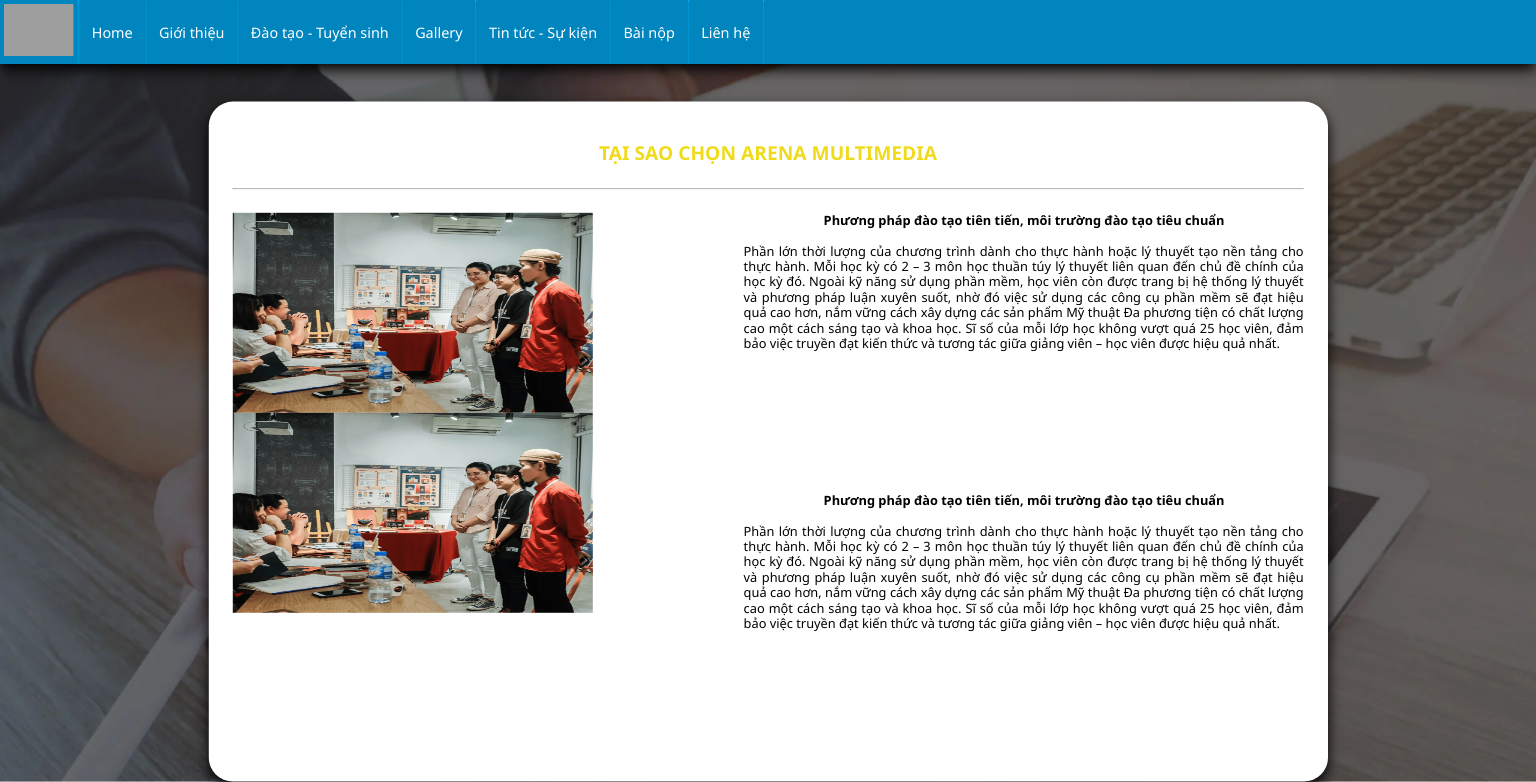
Repository: arena-dttan/dcw-final-exam-d2107m1
Page: final-list/DCW_Final_5_Nguyen-Thi-Thu-Huong_D2107M1/gioi-thieu.html
The author's editor kept a copy of each file at every save. The page is drawn from the files as they stood at one save, then again after the next save.
The browser window is 1280 px wide. The page is 1920 px wide, so the pictures cover 1920 px, including what lies to the right of the window. The pictures show the whole page, at 80% of full size.
Pictures or frames that could not be fetched are drawn as grey boxes.

Above is the page before, as saved 2022-06-26 15:33:43.

### final-list/DCW_Final_5_Nguyen-Thi-Thu-Huong_D2107M1/gioi-thieu.html
<!DOCTYPE html>
<html>
<head>
    <meta charset="UTF-8">
    <link rel="stylesheet" href="index.css">
    <link rel="icon" href="./images/favicon.ico" />

</head>
<head>
    <!-- Các meta (siêu dữ liệu) -->
    <meta http-equiv="Content-Type" content="text/html; charset=utf-8" />

    <!-- Tiêu đề hiển thị trên thanh địa chỉ trình duyệt -->
    <title>Arena Mutimedia</title>

    <!-- icon trên thanh địa chỉ trình duyệt -->
    <link rel="icon" href="./images/favicon.ico" />

    <!-- Sử dụng font google -->
    <link rel="preconnect" href="https://fonts.googleapis.com">
    <link rel="preconnect" href="https://fonts.gstatic.com" crossorigin>
    <link href="https://fonts.googleapis.com/css2?family=Roboto:wght@100&display=swap" rel="stylesheet">

    <!-- external css -->
    <link rel="stylesheet" href="./css/style.css">
    <link rel="stylesheet" href="./css/menu.css">
    <link rel="stylesheet" href="./index.css">
</head>
<body id="container">
    <div id="main-menu">
        <ul class="menu">
            <li ><img style="height: 65px; margin: 5px;;" src="images/logo.webp" alt="logo"> </li>
            <li class="home">
            <a href="./index.html"> Home</a>
            </li>
            <li>
            <a href="./gioi-thieu.html"> Giới thiệu</a>
            </li>
            <li class="dropdown">
            <a class="dropdown-btn"> Đào tạo - Tuyển sinh</a>
            <div class="dropdown-content">
                <a href="./chuong-trinh-dao-tao.html">Đào tạo</a>
                <a href="./tuyen-sinh.html">Tuyển sinh</a>
            </div>
            <li>
                <a href="./gallery.html"> Gallery</a>
            </li>
            <li>
                <a href="./tin-tuc.html"> Tin tức - Sự kiện</a>
            </li>
            <li>
                <a href="./final-exam-list.html">Bài nộp</a>
            </li>

            <li>
                <a href="#">Liên hệ</a>
            </li>
            </li>
        </ul>
        <!-- id main content -->
         <div id="main-content">
            <div id="box-container">
                <div class="content">
                    <h2 style="color:rgb(240, 219, 26);">TẠI SAO CHỌN ARENA MULTIMEDIA</h2>
                    <br>
                    <hr>
                    <br>
                    <div class="img-test">
                        <img src="./images/gioi-thieu-1.png" alt="gioi-thieu-1">
                        <P>
                        <b><span>Phương pháp đào tạo tiên tiến, môi trường đào tạo tiêu chuẩn</span></b>
                        <br>
                        <br>
                        Phần lớn thời lượng của chương trình dành cho thực hành hoặc lý thuyết
                        tạo nền tảng cho thực hành. Mỗi học kỳ có 2 – 3 môn học thuần túy lý thuyết
                        liên quan đến chủ đề chính của học kỳ đó. Ngoài kỹ năng sử dụng phần
                        mềm, học viên còn được trang bị hệ thống lý thuyết và phương pháp luận
                        xuyên suốt, nhờ đó việc sử dụng các công cụ phần mềm sẽ đạt hiệu quả cao
                        hơn, nắm vững cách xây dựng các sản phẩm Mỹ thuật Đa phương tiện có
                        chất lượng cao một cách sáng tạo và khoa học.
                        Sĩ số của mỗi lớp học không vượt quá 25 học viên, đảm bảo việc truyền đạt
                        kiến thức và tương tác giữa giảng viên – học viên được hiệu quả nhất.</P>
                    </div>
                        <img src="./images/gioi-thieu-1.png" alt="gioi-thieu-1">
                        <P>
                        <b><span>Phương pháp đào tạo tiên tiến, môi trường đào tạo tiêu chuẩn</span></b>
                        <br>
                        <br>
                        Phần lớn thời lượng của chương trình dành cho thực hành hoặc lý thuyết
                        tạo nền tảng cho thực hành. Mỗi học kỳ có 2 – 3 môn học thuần túy lý thuyết
                        liên quan đến chủ đề chính của học kỳ đó. Ngoài kỹ năng sử dụng phần
                        mềm, học viên còn được trang bị hệ thống lý thuyết và phương pháp luận
                        xuyên suốt, nhờ đó việc sử dụng các công cụ phần mềm sẽ đạt hiệu quả cao
                        hơn, nắm vững cách xây dựng các sản phẩm Mỹ thuật Đa phương tiện có
                        chất lượng cao một cách sáng tạo và khoa học.
                        Sĩ số của mỗi lớp học không vượt quá 25 học viên, đảm bảo việc truyền đạt
                        kiến thức và tương tác giữa giảng viên – học viên được hiệu quả nhất.</P>
                    </div>
                </div>
            </div>

        </div>
    </div>
</body>
</html>

### final-list/DCW_Final_5_Nguyen-Thi-Thu-Huong_D2107M1/index.css
/* Sử dụng cho định dạng main menu */
body, html {
    height: 100%;
    width: 1920px;
    background-image: url('images/head-bg.webp'); width: 1920px; height: 100%; background-repeat: no-repeat;
    font-family: 'Segoe UI';
}
* {
    margin: 0;
    padding: 0;
    box-sizing: border-box;
}
body {
    position: absolute;
}
#container {
    width: 1920px;
    height: 100%;
    justify-content: center;
    display: inline-block;
    margin: 0;
    padding: 0;
    display: inline-block;
}
#main-menu {
    max-width: 1920px;
    height: 100px;
    margin: 0;
    padding: 0;
}
.menu {
    height: 80px;
    line-height: 80px;
    text-align: center;
    justify-content: center;
    display: inline-block;
}
ul {
    list-style-type: none;
    overflow: hidden;
    background-color: #0085be;
    width: 100%;
    box-shadow: 0 8px 16px 0 rgba(0, 0, 0, 2);
    display: inline-block;
}
.home {
    border-left: 0.01em dotted #00aeef;
}
li {
    float: left;
    border-right: 0.01em dotted #00aeef;
    font-size: 18px;
}

li.dropdown {
    display: inline-block;
    min-width: 100px;
}

li a:hover,
.dropdown:hover {
    background: #00aeef;
}

li a,
.dropdown-btn {
    display: inline-block;
    color: white;
    text-align: center;
    padding: 0 16px;
    text-decoration: none;
}
.dropdown-content {
    display: none;
    position: absolute;
    background: #F8C800;
    background: #0085be;
    min-width: 200px;
    border-bottom: 0.01em dotted #00aeef;
    box-shadow: 0 8px 16px 0 rgba(0, 0, 0, 2);
    z-index: 1;
    top: 80px;
    transition: all .3s ease-in-out;
}
.dropdown-content a {
    color: white;
    padding: 10px 16px;
    text-decoration: none;
    display: block;
    text-align: center;
    line-height: 2;
}
.dropdown-content a:hover {
    background: #00aeef;
}
.dropdown:hover .dropdown-content {
    display: block;
}

.text {
    margin-left: 40px;
    padding-top: 150px;
}
.button {

    font-size: 18px;
    width: 150px;
    height: 50px;
    background: #F8C800;
    border-radius: 40px;
    color: white;
    margin-top: 10px;
    margin-left: 70px;
}
#main-content {
    width: 1920px;
    height: 100%;
    margin: 0;
    padding: 0;
    display: inline-block;
    align-items: center;
    justify-content: center;

}
#box-container {
    background-color: rgb(255, 255, 255);
    box-shadow: 0 8px 16px 0 rgba(0, 0, 0, 2);
    margin-top: 43px;
    background-color: rgb(255, 255, 255);
    box-shadow: 0 8px 16px 0 rgb(0 0 0);
    width: 1399px;
    height: 850px;
    border-radius: 55px;
    margin-left: auto;
    margin-right: auto;
    border-radius: 30px;

}
.content {
    margin: 30px;
    padding-top: 50px;
}
h2 {
    text-align: center;
}
p {
    float: right;
    position: relative;
    width: 700px;
    height: 350px;
    text-align: justify;
}
span {
    position: relative;
    left: 100px;
}
img {
    float: left;
}

### final-list/DCW_Final_5_Nguyen-Thi-Thu-Huong_D2107M1/css/style.css
html {
    box-sizing: border-box;
    width: 100%;
    height: 100%;
}

body {
    width: 100%;
    height: 100%;
    background: url("../images/head-bg.webp");
    font-size: 16px;
    font-family: 'Segoe UI', Tahoma, Geneva, Verdana, sans-serif;
    line-height: 1.2;
}

* {
    margin: 0;
    padding: 0;
}

*,
*:before,
*:after {
    box-sizing: border-box;
}

input,
textarea,
select,
button {
    outline: none;
}

input {
    line-height: normal;
}

label,
button {
    cursor: pointer;
}

a {
    text-decoration: none;
}

img {
    display: block;
    max-width: 100%;
}

#container {
    width: 100%;
    height: 100%;
    text-align: center;
}

#logo {
    float: left;
}

#logo img {
    width: 130px;
    padding: 10px;
}

#header {
    background: #0085be;
    box-shadow: 0 8px 16px 0 rgba(0, 0, 0, 2);
}

#banner img {
    height: 500px;
    width: 100%;
}

#content-index {
    margin: 100px 10px 10px 50px;
}

.btn {
    width: 150px;
    height: 40px;
    line-height: 40px;
    background: #F8C800;
    display: block;
    text-align: center;
    text-transform: uppercase;
    font-weight: bold;
    border-radius: 2em;
    -webkit-border-radius: 2em;
    -moz-border-radius: 2em;
    -ms-border-radius: 2em;
    -o-border-radius: 2em;
    margin: 20px 50px;
}

.btn a {
    color: white;
}

#main-content {
    background: none;
    min-height: 400px;
    margin: 40px;
}

#main-page {
    background: white;
    color: black;
    border: 1px solid blue;
    border-radius: 3em;
    width: 80%;
    min-height: 400px;
    padding: 20px;
    display: inline-block;
    box-sizing: border-box;
    margin-bottom: 40px;
}

.content img {
    width: 450px;
    height: 250px;
}

.text-uppercase {
    text-transform: uppercase;
}

.main-title {
    color: #F8C800;
    font-size: 30px;
    font-weight: 700 !important;
    margin: 30px 0;
}

.normal-list {
    list-style-type: disc;
    margin: 10px;
    padding: 10px;
    overflow: visible;
    background: none;
}

.normal-list li {
    clear: both;
}

h4 {
    text-align: left;
    font-size: 20px;
}

h3 {
    padding-bottom: 20px;
}

hr {
    margin: 10px 0;
}

p {
    text-align: justify;
}

### final-list/DCW_Final_5_Nguyen-Thi-Thu-Huong_D2107M1/css/menu.css
/* Sử dụng cho định dạng main menu */

.menu {
    height: 80px;
    line-height: 80px;
}

.home {
    border-left: 0.01em dotted #00aeef;
}

ul {
    list-style-type: none;
    margin: 0;
    padding: 0;
    overflow: hidden;
    /* background: #F8C800; */
    background: #0085be;
    /* box-shadow: 0 8px 16px 0 rgba(0, 0, 0, 2); */
}

li {
    float: left;
    border-right: 0.01em dotted #00aeef;
    font-size: 18px;
}

li.dropdown {
    display: inline-block;
    min-width: 100px;
}

li a:hover,
.dropdown:hover {
    background: #00aeef;
}

li a,
.dropdown-btn {
    display: inline-block;
    color: white;
    text-align: center;
    padding: 0 16px;
    text-decoration: none;
}

.dropdown-content {
    display: none;
    position: absolute;
    /*background: #F8C800;
    */
    background: #0085be;
    min-width: 200px;
    border-bottom: 0.01em dotted #00aeef;
    box-shadow: 0 8px 16px 0 rgba(0, 0, 0, 2);
    z-index: 1;
    top: 80px;
    transition: all .3s ease-in-out;
}

.dropdown-content a {
    color: white;
    padding: 10px 16px;
    text-decoration: none;
    display: block;
    text-align: center;
    line-height: 2;
}

.dropdown-content a:hover {
    background: #00aeef;
}

.dropdown:hover .dropdown-content {
    display: block;
}

After the next save:
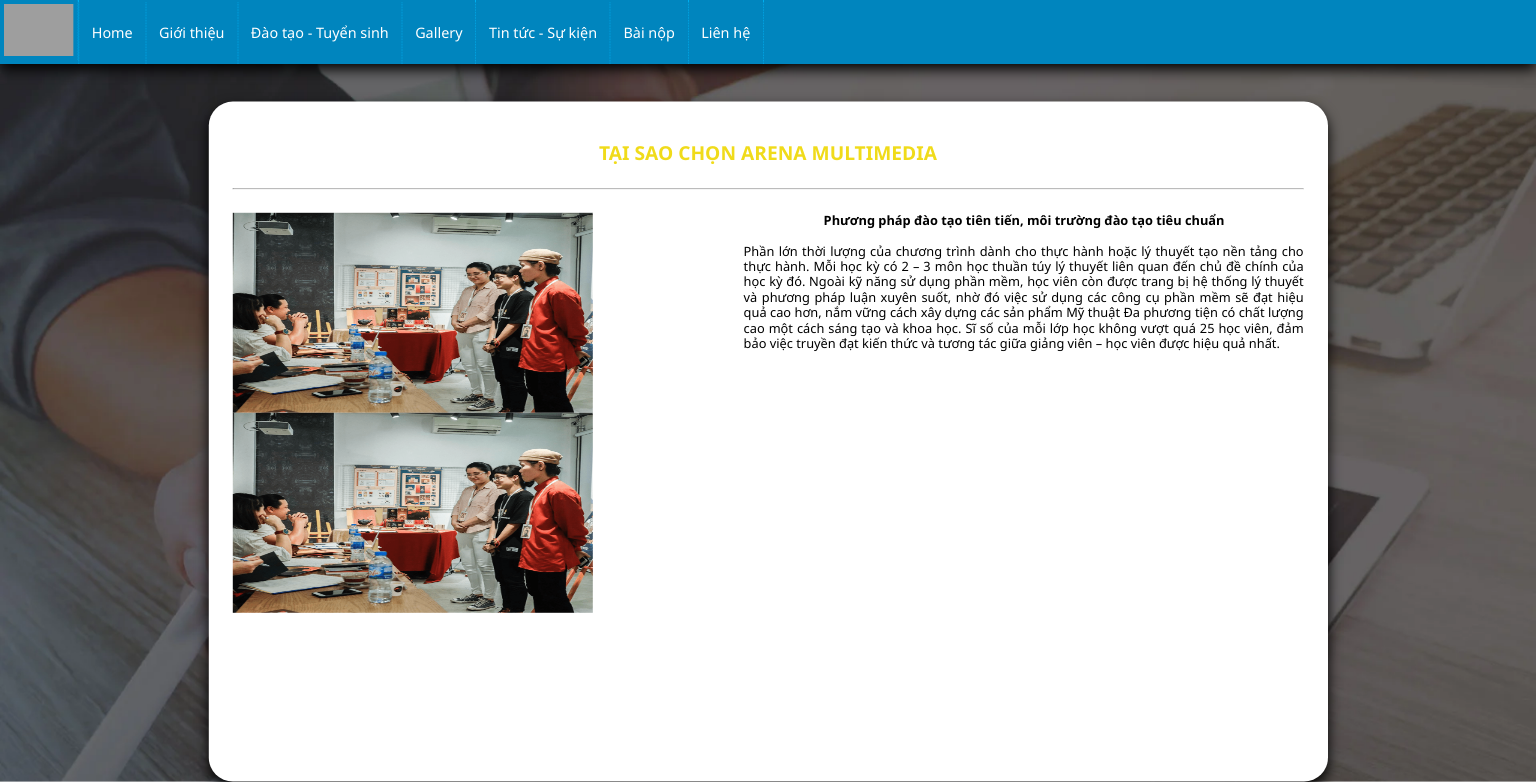
Saved 7 s later.
--- a/final-list/DCW_Final_5_Nguyen-Thi-Thu-Huong_D2107M1/gioi-thieu.html
+++ b/final-list/DCW_Final_5_Nguyen-Thi-Thu-Huong_D2107M1/gioi-thieu.html
@@ -82,19 +82,7 @@
                         kiến thức và tương tác giữa giảng viên – học viên được hiệu quả nhất.</P>
                     </div>
                         <img src="./images/gioi-thieu-1.png" alt="gioi-thieu-1">
-                        <P>
-                        <b><span>Phương pháp đào tạo tiên tiến, môi trường đào tạo tiêu chuẩn</span></b>
-                        <br>
-                        <br>
-                        Phần lớn thời lượng của chương trình dành cho thực hành hoặc lý thuyết
-                        tạo nền tảng cho thực hành. Mỗi học kỳ có 2 – 3 môn học thuần túy lý thuyết
-                        liên quan đến chủ đề chính của học kỳ đó. Ngoài kỹ năng sử dụng phần
-                        mềm, học viên còn được trang bị hệ thống lý thuyết và phương pháp luận
-                        xuyên suốt, nhờ đó việc sử dụng các công cụ phần mềm sẽ đạt hiệu quả cao
-                        hơn, nắm vững cách xây dựng các sản phẩm Mỹ thuật Đa phương tiện có
-                        chất lượng cao một cách sáng tạo và khoa học.
-                        Sĩ số của mỗi lớp học không vượt quá 25 học viên, đảm bảo việc truyền đạt
-                        kiến thức và tương tác giữa giảng viên – học viên được hiệu quả nhất.</P>
+
                     </div>
                 </div>
             </div>

After the save that followed:
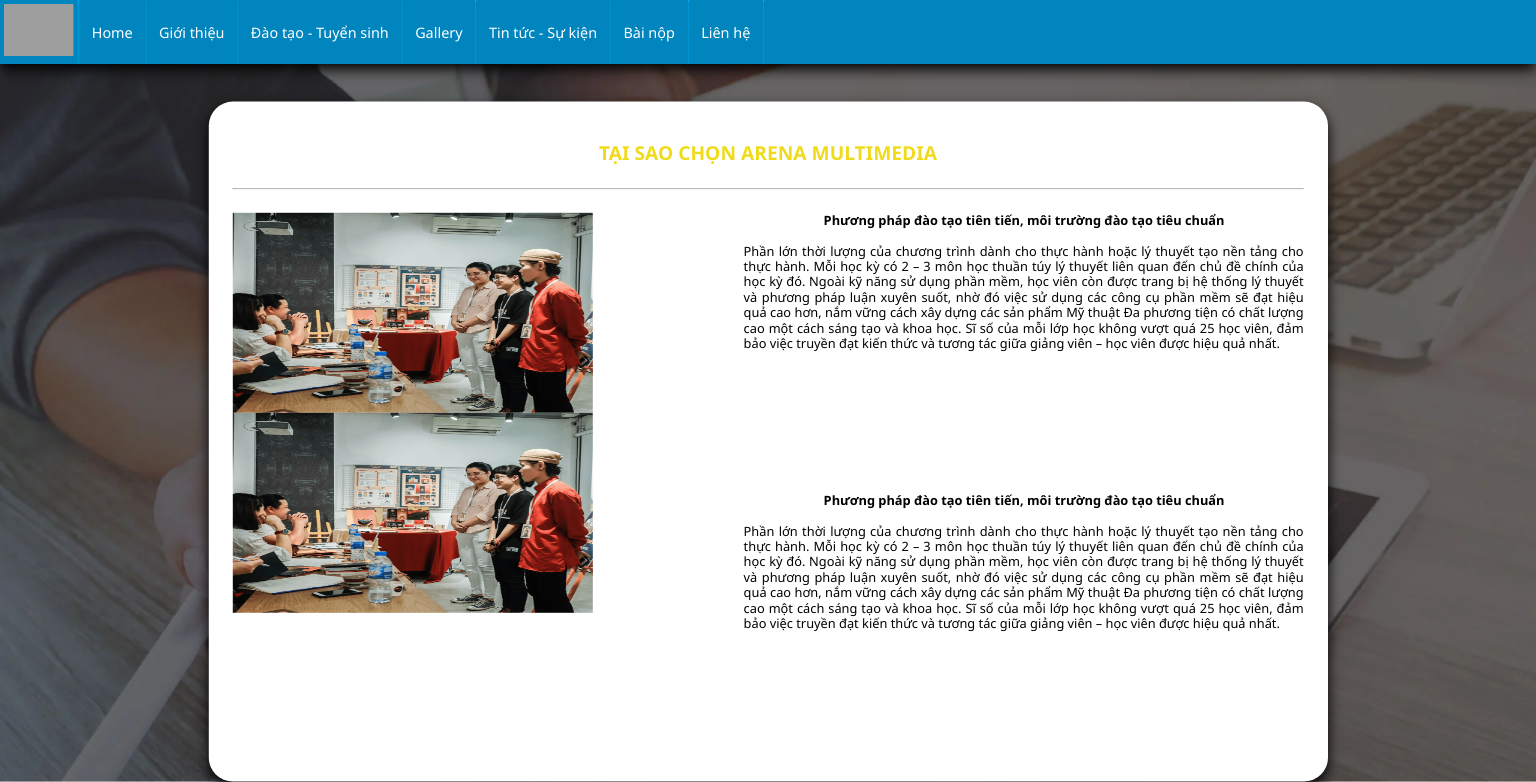
Saved 5 s later.
--- a/final-list/DCW_Final_5_Nguyen-Thi-Thu-Huong_D2107M1/gioi-thieu.html
+++ b/final-list/DCW_Final_5_Nguyen-Thi-Thu-Huong_D2107M1/gioi-thieu.html
@@ -82,7 +82,19 @@
                         kiến thức và tương tác giữa giảng viên – học viên được hiệu quả nhất.</P>
                     </div>
                         <img src="./images/gioi-thieu-1.png" alt="gioi-thieu-1">
-
+                        <P>
+                        <b><span>Phương pháp đào tạo tiên tiến, môi trường đào tạo tiêu chuẩn</span></b>
+                        <br>
+                        <br>
+                        Phần lớn thời lượng của chương trình dành cho thực hành hoặc lý thuyết
+                        tạo nền tảng cho thực hành. Mỗi học kỳ có 2 – 3 môn học thuần túy lý thuyết
+                        liên quan đến chủ đề chính của học kỳ đó. Ngoài kỹ năng sử dụng phần
+                        mềm, học viên còn được trang bị hệ thống lý thuyết và phương pháp luận
+                        xuyên suốt, nhờ đó việc sử dụng các công cụ phần mềm sẽ đạt hiệu quả cao
+                        hơn, nắm vững cách xây dựng các sản phẩm Mỹ thuật Đa phương tiện có
+                        chất lượng cao một cách sáng tạo và khoa học.
+                        Sĩ số của mỗi lớp học không vượt quá 25 học viên, đảm bảo việc truyền đạt
+                        kiến thức và tương tác giữa giảng viên – học viên được hiệu quả nhất.</P>
                     </div>
                 </div>
             </div>
